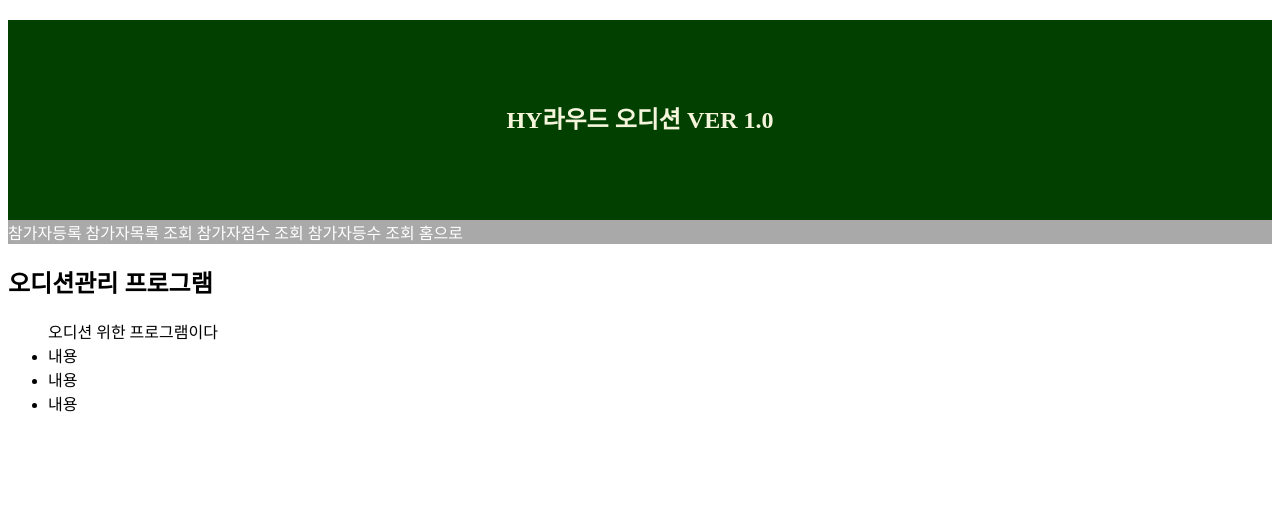
Repository: mvcfvsgdj/javaee
Page: http://localhost/prj0828/HY라우드.jsp
An editor plug-in stored every save of this project. The page is shown before and after the next save, followed by the edit.
The browser window is 1280 px wide. The pictures show the whole page.
The page is served by Tomcat 9.

Above is the page before, as saved 2023-08-28 08:22:54.

After the next save:
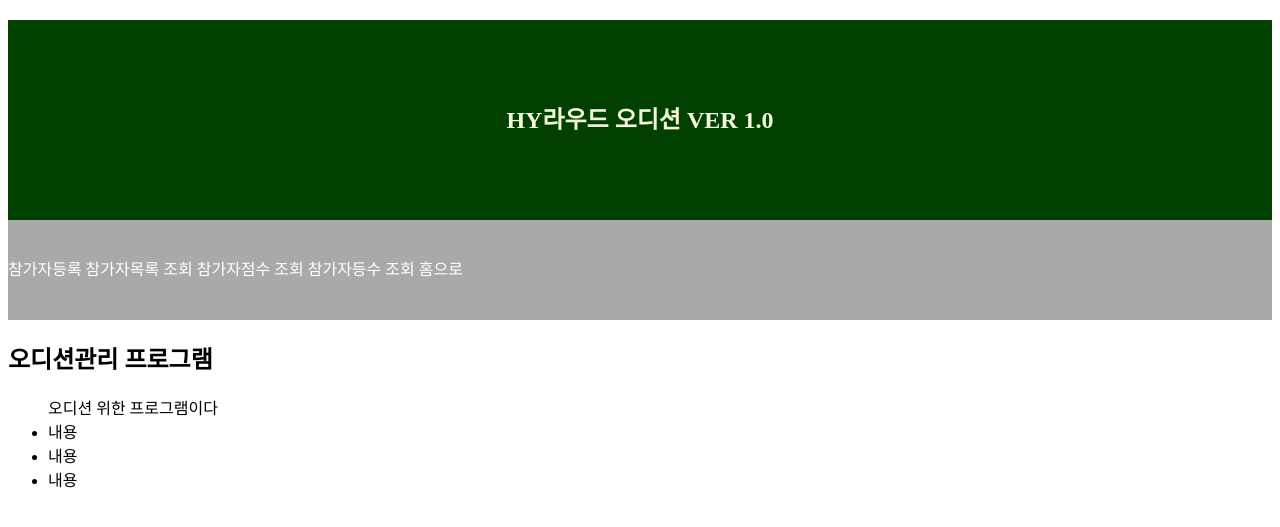
Saved 30 s later.
--- a/prj0828/src/main/webapp/css/HY라우드.css
+++ b/prj0828/src/main/webapp/css/HY라우드.css
@@ -11,6 +11,10 @@ header{
 nav{
 	background-color: darkgray;
 	color: white;
+	height: 100px;
+	margin: 0 auto;
+	line-height: 100px;
+
 
 }
 a{
